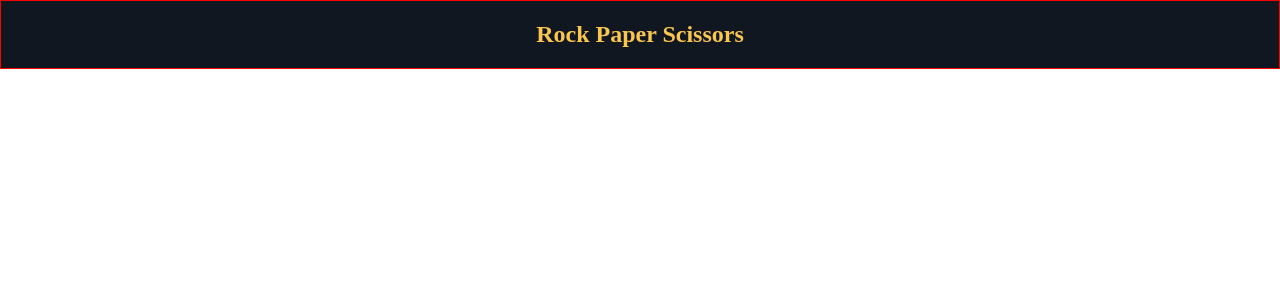
Repository: Aaryan-Poria/Rock-Paper-Scissors
Page: index.html
The author's editor kept a copy of each file at every save. The page is drawn from the files as they stood at one save, then again after the next save.
The browser window is 1280 px wide. The pictures show the whole page.

Above is the page before, as saved 2023-08-21 21:29:31.

After the next save:
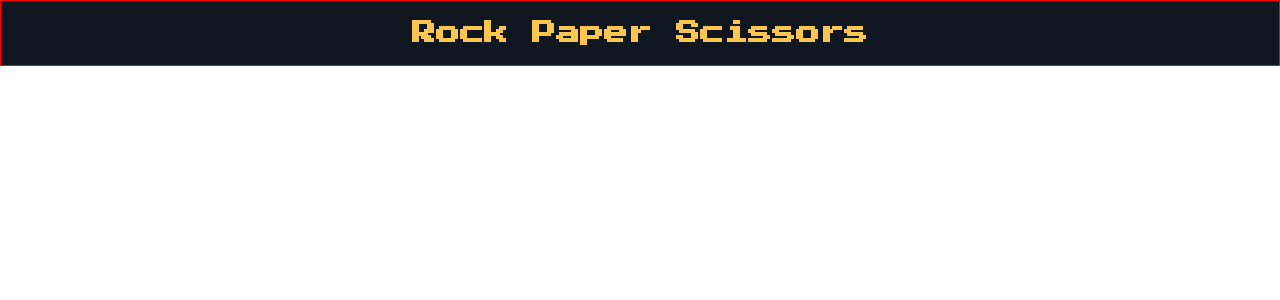
Saved 17 s later.
--- a/style.css
+++ b/style.css
@@ -11,4 +11,5 @@ body {
   border: 1px solid red;
   color: #fac650;
   background-color: #111720;
+  font-family: "Press Start 2P", cursive;
 }
